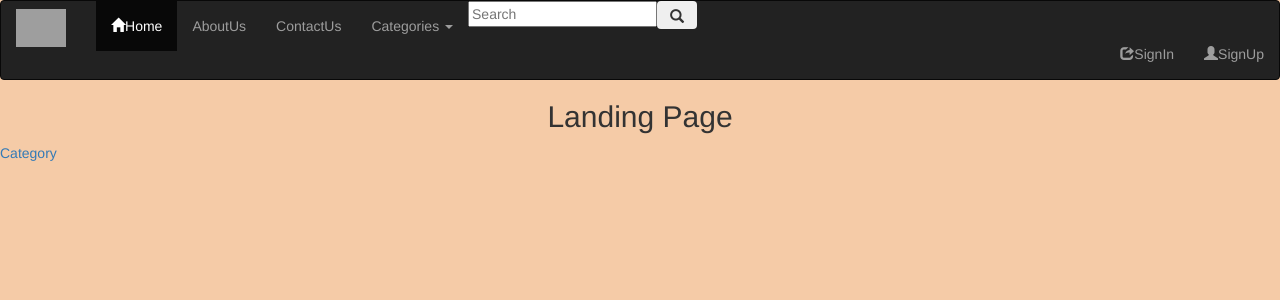
Repository: ananthi024/Java-Programs
Page: http://localhost/ClassyMissyFrontend/
The author's editor kept a copy of each file at every save. The page is drawn from the files as they stood at one save, then again after the next save.
The browser window is 1280 px wide. The pictures show the whole page.
Pictures or frames that could not be fetched are drawn as grey boxes. Some web libraries are served in a nearby version. The page is served by Tomcat 9. Nobody is signed in. The application's start-up code is not run. Other server files are loaded and not shown.

Above is the page before, as saved 2017-06-23 22:05:58.
Console error (its wording comes from the project's code and is left out).

### MyProject-29.06.2017/ClassyMissyFrontend/src/main/webapp/index.jsp
<%@ page language="java" contentType="text/html"%>
<%@include file="WEB-INF/views/Header.jsp" %>
<h2 align="center">Landing Page</h2>
<a href="Category">Category</a>
</body>
</html>

### MyProject-29.06.2017/ClassyMissyFrontend/src/main/webapp/WEB-INF/views/Header.jsp
<%@ page language="java" contentType="text/html"%>

<html>
<head>
<title>Navbar Example</title>
<meta name="viewport" content="width=device-width,initial-scale=1">
<link rel="stylesheet" href="https://maxcdn.bootstrapcdn.com/bootstrap/3.3.7/css/bootstrap.min.css">
<script src="https://maxcdn.bootstrapcdn.com/bootstrap/3.3.7/js/bootstrap.min.js"></script>
<script src="https://ajax.googleapis.com/ajax/libs/jquery/3.1.1/jquery.min.js"></script>
</head>
<body style="background-color:#f5cba7">
<form action="gh">
<!-- Starting The Navbar Code -->
<nav class="navbar navbar-inverse">
<div class="container-fluid">

<div class="navbar-header">
<a class="navbar-brand" rel="home" href="#" title="The Exprssion of Pearl">
                <img style="max-width:50px; margin-top: -7px;"
                     src="E:\New folder\cma2.jpg">
            </a>
<a class="navbar-brand" href="Home.jsp"></a>
</div>


<ul class="nav navbar-nav">
<li class="active"><a href="Home.jsp"><span class="glyphicon glyphicon-home"></span>Home</a></li>
<li><a href="AboutUs">AboutUs</a></li>
<li><a href="ContactUs.jsp">ContactUs</a></li>
 <li class="dropdown"><a href="#" class="dropdown-toggle"
 data-toggle="dropdown" role="button" aria-haspopup="true"
 aria-expanded="false">Categories <span class="caret"></span></a>
          <ul class="dropdown-menu">
            <li><a href="#">Page 1</a></li>
            <li><a href="#">Page 2</a></li>
            <li><a href="#">Page 3</a></li>
          </ul></li>  </ul>
<!-- Search Button -->
<form class="navbar-form navbar-left form-horizontal" role="Search">
<div class="input-group">
<input type="text" class="search-box" placeholder="Search">
<button type="submit" class="btn">
<span class="glyphicon glyphicon-search">
</span>
</button>
</div>
</form>

<div class="nav navbar-nav navbar-right">
<li><a href="SignIn.jsp"><span class="glyphicon glyphicon-share"></span>SignIn </a></li>
<li><a href="Register.jsp"><span class="glyphicon glyphicon-user"></span>SignUp </a></li>

</div>

</div>
</nav>
</form>
</body>
</html>

After the next save:
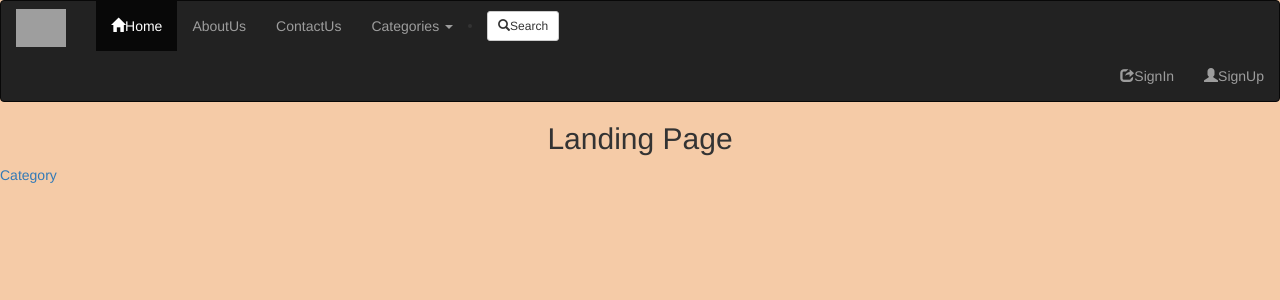
Saved 4 min 43 s later.
--- a/MyProject-29.06.2017/ClassyMissyFrontend/src/main/webapp/WEB-INF/views/Header.jsp
+++ b/MyProject-29.06.2017/ClassyMissyFrontend/src/main/webapp/WEB-INF/views/Header.jsp
@@ -36,15 +36,12 @@
             <li><a href="#">Page 3</a></li>
           </ul></li>  </ul>
 <!-- Search Button -->
-<form class="navbar-form navbar-left form-horizontal" role="Search">
-<div class="input-group">
-<input type="text" class="search-box" placeholder="Search">
-<button type="submit" class="btn">
-<span class="glyphicon glyphicon-search">
-</span>
-</button>
-</div>
-</form>
+
+ <p>
+        <li><button type="button" class="btn btn-default btn-sm">
+          <span class="glyphicon glyphicon-search"></span>Search
+        </button></li>
+      </p>
 
 <div class="nav navbar-nav navbar-right">
 <li><a href="SignIn.jsp"><span class="glyphicon glyphicon-share"></span>SignIn </a></li>

After the save that followed:
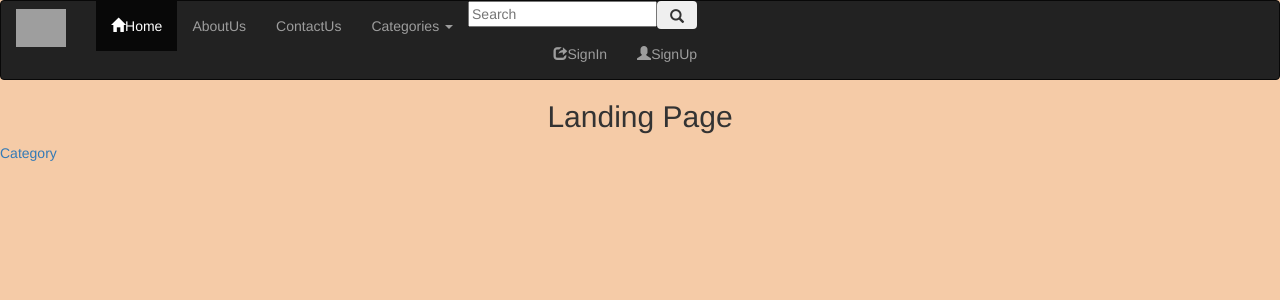
Saved 51 s later.
--- a/MyProject-29.06.2017/ClassyMissyFrontend/src/main/webapp/WEB-INF/views/Header.jsp
+++ b/MyProject-29.06.2017/ClassyMissyFrontend/src/main/webapp/WEB-INF/views/Header.jsp
@@ -34,21 +34,20 @@
             <li><a href="#">Page 1</a></li>
             <li><a href="#">Page 2</a></li>
             <li><a href="#">Page 3</a></li>
-          </ul></li>  </ul>
+          </ul></li>
 <!-- Search Button -->
-
- <p>
-        <li><button type="button" class="btn btn-default btn-sm">
-          <span class="glyphicon glyphicon-search"></span>Search
-        </button></li>
-      </p>
+<form class="navbar-form navbar-left form-horizontal" role="Search">
+<div class="input-group">
+<input type="text" class="search-box" placeholder="Search">
+<button type="submit" class="btn">
+<span class="glyphicon glyphicon-search"></span></button></div></form>
 
 <div class="nav navbar-nav navbar-right">
 <li><a href="SignIn.jsp"><span class="glyphicon glyphicon-share"></span>SignIn </a></li>
 <li><a href="Register.jsp"><span class="glyphicon glyphicon-user"></span>SignUp </a></li>
 
 </div>
-
+</ul>
 </div>
 </nav>
 </form>
